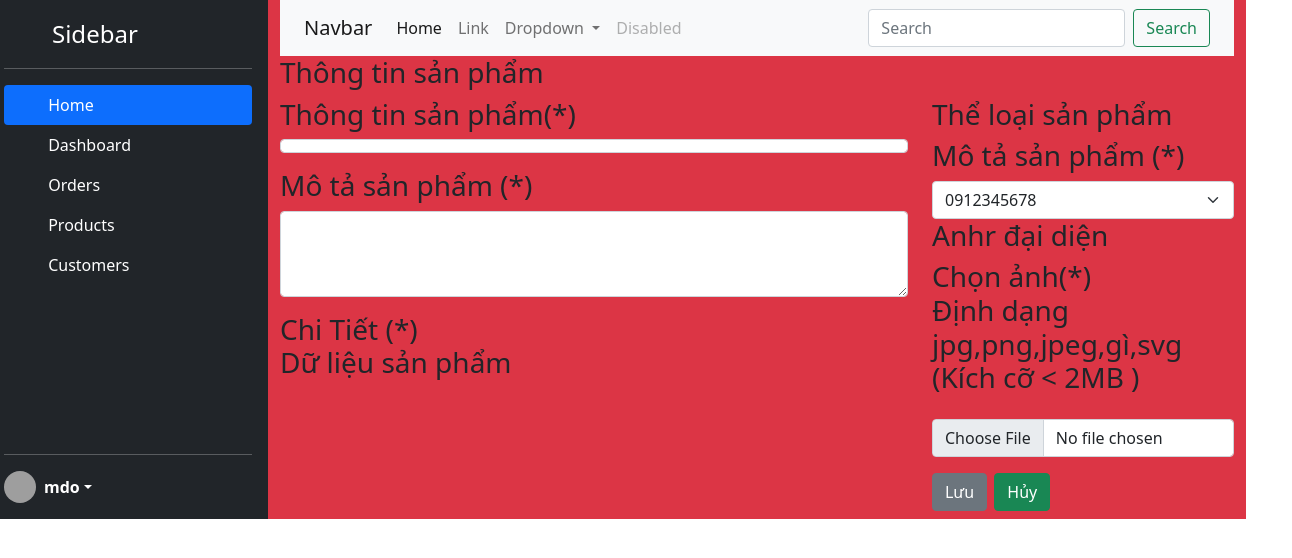
Repository: Lehuyhuynh/BT12-BOOTSTRAP
Page: index.html
An editor plug-in stored every save of this project. The page is shown before and after the next save, followed by the edit.
The browser window is 1280 px wide. The page is 1292 px wide, so the pictures cover 1292 px, including what lies to the right of the window. The pictures show the whole page.
Pictures or frames that could not be fetched are drawn as grey boxes.

Above is the page before, as saved 2023-08-19 22:46:58.

### index.html
<!DOCTYPE html>
<html lang="en">
<head>
  <link href="https://cdn.jsdelivr.net/npm/bootstrap@5.1.3/dist/css/bootstrap.min.css" rel="stylesheet" integrity="sha384-1BmE4kWBq78iYhFldvKuhfTAU6auU8tT94WrHftjDbrCEXSU1oBoqyl2QvZ6jIW3" crossorigin="anonymous">
  <meta charset="UTF-8">
  <meta name="viewport" content="width=device-width, initial-scale=1.0">
  <title>BT2</title>
</head>
<body>
  <div class="row">
    <div class=" col-3 d-flex flex-column flex-shrink-0 p-3 text-white bg-dark rounded-lg" style="width: 280px;">
      <a href="/" class="d-flex align-items-center mb-3 mb-md-0 me-md-auto text-white text-decoration-none">
        <svg class="bi me-2" width="40" height="32"><use xlink:href="#bootstrap"></use></svg>
        <span class="fs-4">Sidebar</span>
      </a>
      <hr>
      <ul class="nav nav-pills flex-column mb-auto">
        <li class="nav-item">
          <a href="#" class="nav-link active" aria-current="page">
            <svg class="bi me-2" width="16" height="16"><use xlink:href="#home"></use></svg>
            Home
          </a>
        </li>
        <li>
          <a href="#" class="nav-link text-white">
            <svg class="bi me-2" width="16" height="16"><use xlink:href="#speedometer2"></use></svg>
            Dashboard
          </a>
        </li>
        <li>
          <a href="#" class="nav-link text-white">
            <svg class="bi me-2" width="16" height="16"><use xlink:href="#table"></use></svg>
            Orders
          </a>
        </li>
        <li>
          <a href="#" class="nav-link text-white">
            <svg class="bi me-2" width="16" height="16"><use xlink:href="#grid"></use></svg>
            Products
          </a>
        </li>
        <li>
          <a href="#" class="nav-link text-white">
            <svg class="bi me-2" width="16" height="16"><use xlink:href="#people-circle"></use></svg>
            Customers
          </a>
        </li>
      </ul>
      <hr>
      <div class="dropdown">
        <a href="#" class="d-flex align-items-center text-white text-decoration-none dropdown-toggle" id="dropdownUser1" data-bs-toggle="dropdown" aria-expanded="false">
          <img src="https://github.com/mdo.png" alt="" width="32" height="32" class="rounded-circle me-2">
          <strong>mdo</strong>
        </a>
        <ul class="dropdown-menu dropdown-menu-dark text-small shadow" aria-labelledby="dropdownUser1" style="">
          <li><a class="dropdown-item" href="#">New project...</a></li>
          <li><a class="dropdown-item" href="#">Settings</a></li>
          <li><a class="dropdown-item" href="#">Profile</a></li>
          <li><hr class="dropdown-divider"></li>
          <li><a class="dropdown-item" href="#">Sign out</a></li>
        </ul>
      </div>
    </div>
    <div class="main-content bg-danger col-9" >
      <nav class="navbar navbar-expand-lg navbar-light bg-light">
        <div class="container-fluid">
          <a class="navbar-brand" href="#">Navbar</a>
          <button class="navbar-toggler" type="button" data-bs-toggle="collapse" data-bs-target="#navbarSupportedContent" aria-controls="navbarSupportedContent" aria-expanded="false" aria-label="Toggle navigation">
            <span class="navbar-toggler-icon"></span>
          </button>
          <div class="collapse navbar-collapse" id="navbarSupportedContent">
            <ul class="navbar-nav me-auto mb-2 mb-lg-0">
              <li class="nav-item">
                <a class="nav-link active" aria-current="page" href="#">Home</a>
              </li>
              <li class="nav-item">
                <a class="nav-link" href="#">Link</a>
              </li>
              <li class="nav-item dropdown">
                <a class="nav-link dropdown-toggle" href="#" id="navbarDropdown" role="button" data-bs-toggle="dropdown" aria-expanded="false">
                  Dropdown
                </a>
                <ul class="dropdown-menu" aria-labelledby="navbarDropdown">
                  <li><a class="dropdown-item" href="#">Action</a></li>
                  <li><a class="dropdown-item" href="#">Another action</a></li>
                  <li><hr class="dropdown-divider"></li>
                  <li><a class="dropdown-item" href="#">Something else here</a></li>
                </ul>
              </li>
              <li class="nav-item">
                <a class="nav-link disabled" href="#" tabindex="-1" aria-disabled="true">Disabled</a>
              </li>
            </ul>
            <form class="d-flex">
              <input class="form-control me-2" type="search" placeholder="Search" aria-label="Search">
              <button class="btn btn-outline-success" type="submit">Search</button>
            </form>
          </div>
        </div>
      </nav>
      <div class="row">

        <h3>Thông tin sản phẩm<h3>

          <div class="row">
            <div class="more col-8">

              <div class="product">

                <div class="mb-3">
                  <label for="information" class="form-label">Thông tin sản phẩm(*)</label>
                  <table class="form-control" id="information" name="information" rows="3"></table>
                </div>

                <div class="mb-3">
                  <label for="exampleFormControlTextarea1" class="form-label">Mô tả sản phẩm (*)</label>
                  <textarea class="form-control" id="exampleFormControlTextarea1" rows="3"></textarea>
                </div>

                <span>Chi Tiết (*) </span><br>

              </div>

              <div class="data">

                <h3>Dữ liệu sản phẩm</h3>


              </div>

            </div>

            <div class="category col-4">

              <div class="cate">

              <h3>Thể loại sản phẩm</h3>



                <label for="cate" class="form-label">Mô tả sản phẩm (*)</label>

                <select id="cate" class="form-select" aria-label="Default select example">

                  <option value="1">0912345678</option>
                  <option value="2">0123456789</option>
                  <option value="3">1234567890</option>
                </select>

              </div>

              <div class="img">

                <h3>Anhr đại diện</h3>
                <div class="mb-3">
                  <label for="formFile" class="form-label">Chọn ảnh(*)
                    <p>Định dạng jpg,png,jpeg,gì,svg (Kích cỡ < 2MB )    </p>
                  </label>
                  <input class="form-control" type="file" id="formFile">
                </div>
              </div>

              <button type="button" class="btn btn-secondary">Lưu</button>
              <button type="button" class="btn btn-success">Hủy</button>
            </div>
          </div>






      </div>
    </div>


  </div>

  <script src="https://cdn.jsdelivr.net/npm/bootstrap@5.1.3/dist/js/bootstrap.bundle.min.js" integrity="sha384-ka7Sk0Gln4gmtz2MlQnikT1wXgYsOg+OMhuP+IlRH9sENBO0LRn5q+8nbTov4+1p" crossorigin="anonymous"></script>
</body>
</html>

After the next save:
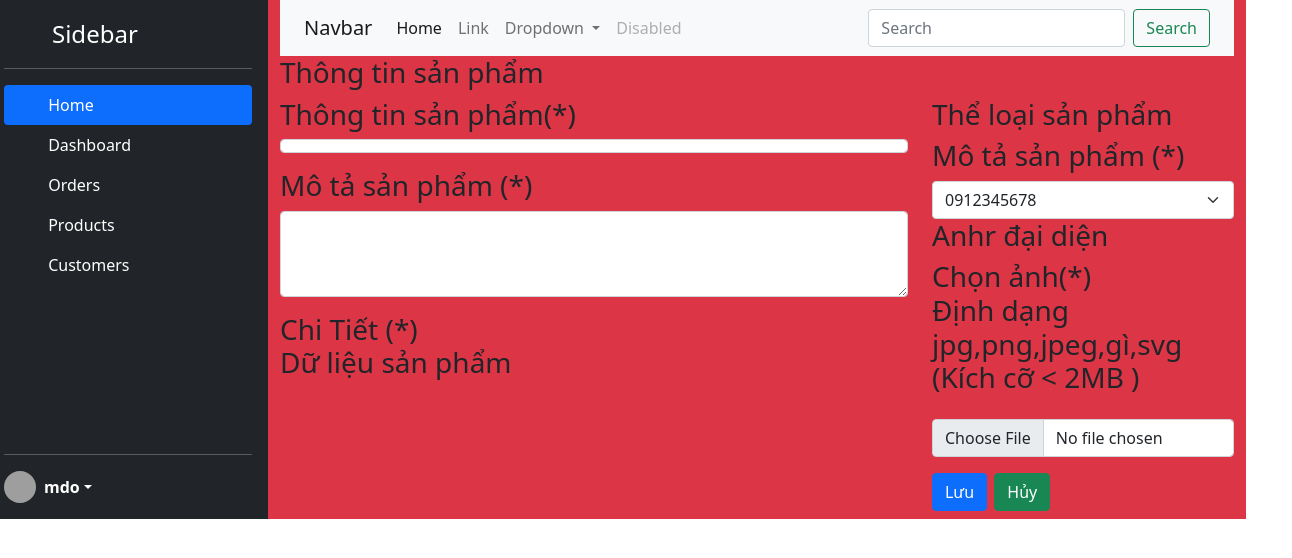
Saved 34 s later.
--- a/index.html
+++ b/index.html
@@ -160,7 +160,7 @@
                 </div>
               </div>
 
-              <button type="button" class="btn btn-secondary">Lưu</button>
+              <button type="button" class="btn btn-primary">Lưu</button>
               <button type="button" class="btn btn-success">Hủy</button>
             </div>
           </div>
